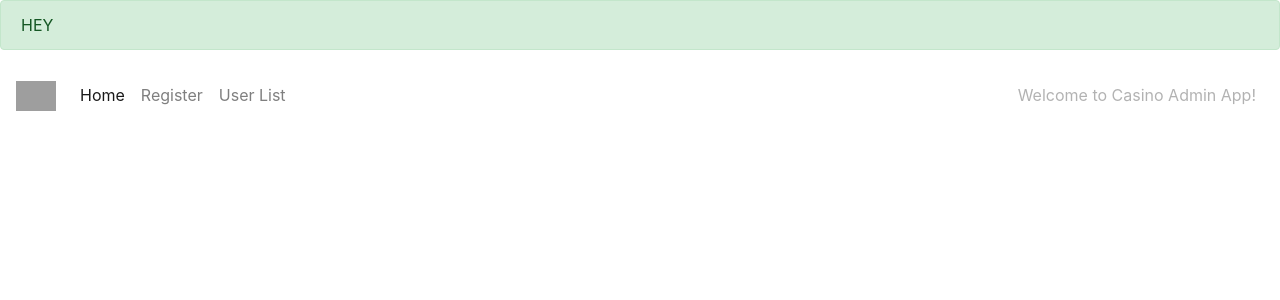
Repository: piyushrulesyou/CasinoGameApplication
Page: http://localhost/adminPanel/
An editor plug-in stored every save of this project. The page is shown before and after the next save, followed by the edit.
The browser window is 1280 px wide. The pictures show the whole page.
Pictures or frames that could not be fetched are drawn as grey boxes. The page is served by Tomcat 9. Nobody is signed in. The application's start-up code is not run. Other server files are loaded and not shown.

Above is the page before, as saved 2019-10-31 11:11:02.

### AdminPanel/adminPanel/src/main/webapp/index.jsp
<%@ taglib uri="http://java.sun.com/jsp/jstl/core" prefix="c"%>

<%@ page language="java" contentType="text/html; charset=ISO-8859-1"
	pageEncoding="ISO-8859-1" isELIgnored="false"%>

<!DOCTYPE html>
<html>
<head>
<title>Admin HomePage</title>
<meta charset="utf-8">

<meta name="viewport" content="width=device-width, initial-scale=1">


<link rel="stylesheet"
	href="https://maxcdn.bootstrapcdn.com/bootstrap/4.3.1/css/bootstrap.min.css">
<script
	src="https://ajax.googleapis.com/ajax/libs/jquery/3.4.1/jquery.min.js"></script>
<script
	src="https://cdnjs.cloudflare.com/ajax/libs/popper.js/1.14.7/umd/popper.min.js"></script>
<script
	src="https://maxcdn.bootstrapcdn.com/bootstrap/4.3.1/js/bootstrap.min.js"></script>
</head>
<body>
	<!-- 	background="https://images.fineartamerica.com/images/artworkimages/mediumlarge/2/collection-of-las-vegas-casino-chips-1-aloha-art.jpg"> -->


	<c:if test="${successMessage==null}">
		<div class="alert alert-success">HEY ${successMessage}</div>
	</c:if>


	<!-- 	<nav class="navbar navbar-expand-sm bg-dark navbar-dark"> -->
	<nav class="navbar navbar-expand-sm navbar-light bg-faded">
		<a class="navbar-brand" href="#"> <img
			src="https://www.slotnite.com/images/sliders/livecasino/casino1.png"
			alt="logo" style="width: 40px;">
		</a>

		<!-- Links -->
		<ul class="navbar-nav mr-auto">
			<li class="nav-item"><a class="nav-link active" href="#">Home</a></li>
			<li class="nav-item"><a class="nav-link" href="RegisterUser.jsp">Register</a></li>
			<li class="nav-item"><a class="nav-link" href="#">User List</a></li>
		</ul>
		<ul class="navbar-nav">
			<li class="nav-item"><span class="nav-link disabled">Welcome
					to Casino Admin App!</span></li>
		</ul>
	</nav>



</body>
</html>

After the next save:
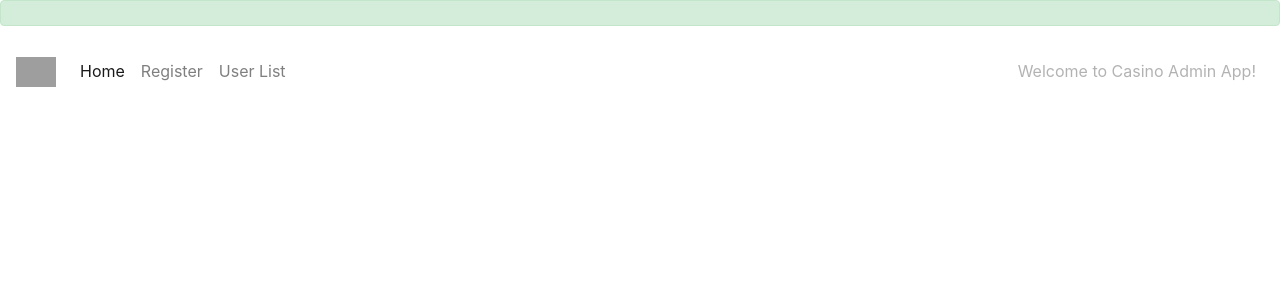
Saved 9 s later.
--- a/AdminPanel/adminPanel/src/main/webapp/index.jsp
+++ b/AdminPanel/adminPanel/src/main/webapp/index.jsp
@@ -26,7 +26,7 @@
 
 
 	<c:if test="${successMessage==null}">
-		<div class="alert alert-success">HEY ${successMessage}</div>
+		<div class="alert alert-success">${successMessage}</div>
 	</c:if>
 
 
